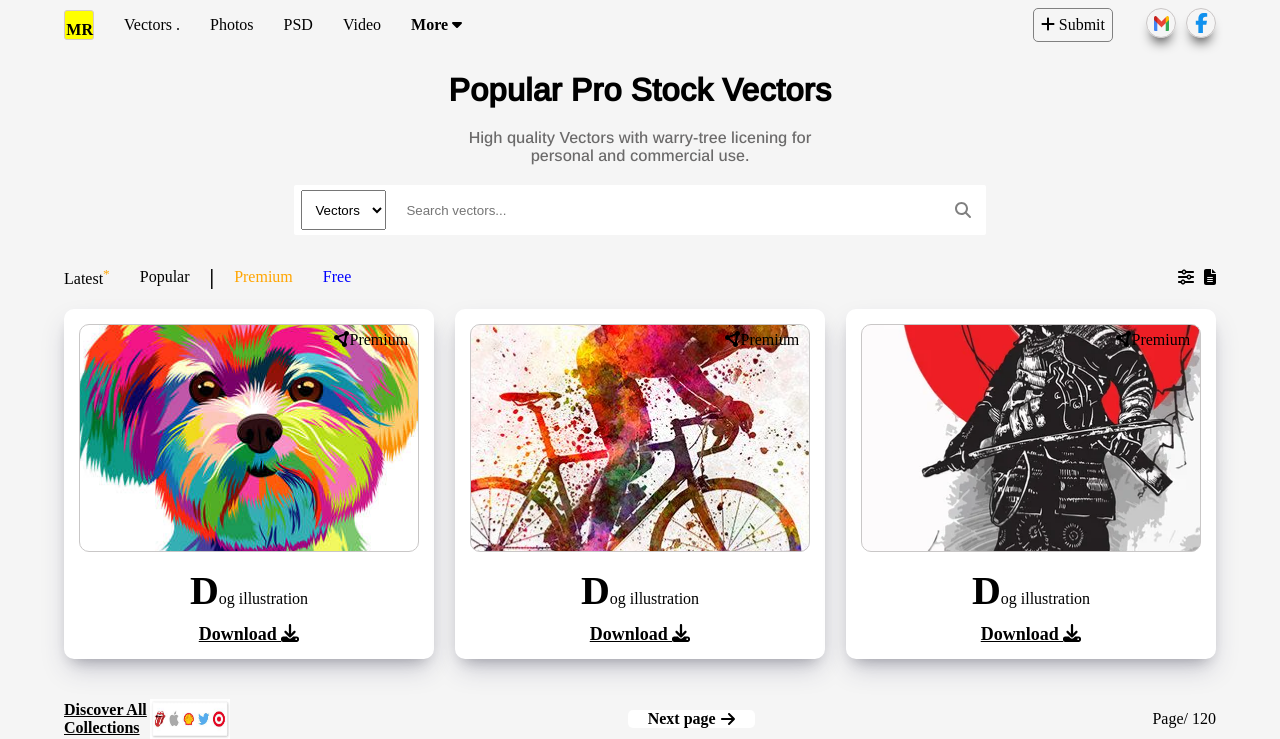
Repository: kegbaDev/VectorTemplate
Page: /
The author's editor kept a copy of each file at every save. The page is drawn from the files as they stood at one save, then again after a run of saves.
The browser window is 1280 px wide. The pictures show the whole page.
The project was rebuilt for these pictures with package versions that can differ from the ones it lists, and the page was loaded fresh each time. Also part of the build but not shown: vite.config.js.

Above is the page before, as saved 2023-04-14 01:38:23.

### index.html
<!DOCTYPE html>
<html lang="en">
  <head>
    <meta charset="UTF-8" />
    <link rel="icon" href="/favicon.ico" />
    <meta name="viewport" content="width=device-width, initial-scale=1.0" />
    <title>Vite App</title>
  </head>
  <body style="background-color: rgb(245, 245, 245)">
    <div id="app"></div>
    <script type="module" src="/src/main.js"></script>
  </body>
</html>

### src/main.js
import { createApp } from 'vue'
import App from './App.vue'

// fontawesome importation
import '@fortawesome/fontawesome-free/css/all.css'
import '@fortawesome/fontawesome-free/js/all.js'

createApp(App).mount('#app')

### src/App.vue
<template>
<div class="wrapper">
  <div class="navbar">
    <div class="left bounce">
      <div class="logo">MR</div>
      <ul>
        <li>
          Vectors
          .
        </li>
        <li>Photos</li>
        <li>PSD</li>
        <li>Video</li>
        <li><span class="more" >More</span><i class="fa-solid fa-caret-down"></i></li>
      </ul>
    </div>
    <div class="right">
      <div class="submit">
        <i class="fa-solid fa-plus"></i>
        Submit
      </div>
      <div class="logo_collection">
        <div class="logo_card">
          <img src="./assets/gmail-logo-16.png" alt="google-icon" width="15px" height="15px">
        </div>
        <div class="logo_card">
          <i class="fa-brands fa-facebook-f" style="color: #1191ee; width: 25px;height: 20px;"></i>
        </div>
      </div>
    </div>
  </div>


  <!-- Second component -->


  <div class="text_section">
    <h1 class="title slideInUp">Popular Pro Stock Vectors</h1>
    <p class="paragraph slideInUp">
      High quality Vectors with warry-tree licening for <br>
      personal and commercial use.
    </p>
    <div class="input_card slideInRight">
      <select name="" id="">
        <option value="value1">Vectors</option>
        <option value="value2">Vectors</option>
      </select>
      <input type="text" placeholder="Search vectors... ">
      <i class="fa-solid fa-magnifying-glass" style="color: grey; margin-right: 15px;"></i>
    </div>
  </div>

  <!-- Third component -->

  <div class="row">
    <div class="left-row">
      <ul>
        <li>Latest<sup style="color:orange">*</sup></li>
        <li>Popular</li>
      </ul>
      <span class="pipe">
        |
      </span>
      <ul>
        <li style="color:orange">Premium</li>
        <li style="color:blue">Free</li>
      </ul>
    </div>
    <div class="right-row">
      <i class="fa-solid fa-sliders"></i>
      <i class="fa-solid fa-file-lines"></i>
    </div>
  </div>

  <!-- Fourth component  -->

  <div class="card_content slideInUp">
    <div class="main_card">
      <div class="image_and_text_space">
        <i class="fa-solid fa-circle-nodes"></i>Premium
      </div>
      <p style="margin-bottom: 10px;"><span style="text-transform: uppercase; font-weight: bolder; font-size: 40px;">D</span>og illustration</p>
      <p class="download">Download <i class="fa-solid fa-download"></i></p>
    </div>
    <div class="main_card">
      <div class="image_and_text_space2">
        <i class="fa-solid fa-circle-nodes"></i>Premium
      </div>
      <p style="margin-bottom: 10px;"><span style="text-transform: uppercase; font-weight: bolder; font-size: 40px;">D</span>og illustration</p>
      <p class="download">Download <i class="fa-solid fa-download"></i></p>
    </div>
    <div class="main_card">
      <div class="image_and_text_space3">
        <!-- <img src="./assets/154416(1).svg" width="209px" height="300px" alt=""> -->
        <i class="fa-solid fa-circle-nodes"></i>Premium
      </div>
      <p style="margin-bottom: 10px;"><span style="text-transform: uppercase; font-weight: bolder; font-size: 40px;">D</span>og illustration</p>
      <p class="download">Download <i class="fa-solid fa-download"></i></p>
    </div>
    <!-- <div class="main_card">
      <div class="image_and_text_space">
        Premium
      </div>
      <p>Dog illustration</p>
      <p class="download">Download<i class="fa-solid fa-download"></i></p>
    </div>
    <div class="main_card">
      <div class="image_and_text_space">
        Premium
      </div>
      <p>Dog illustration</p>
      <p class="download">Download<i class="fa-solid fa-download"></i></p>
    </div> -->
  </div>

  <!-- Last component -->
  <div class="last_row">
    <div class="start">
      <div class="part">
        Discover All <br>
        Collections
      </div>
      <img src="./assets/imagesfinal.jpg" alt="" style="width: 80px; height: 40px;">
    </div>
    <div class="between">
      Next page <i class="fa-solid fa-arrow-right"></i>
    </div>
    <div class="end">
      Page/ 120
    </div>
  </div>
</div>




</template>

<script setup>

</script>


<style scoped>
@import url('https://fonts.googleapis.com/css2?family=Arimo:wght@500&display=swap');
.wrapper{
  height: 100vh;
  width: 90vw;
  margin:auto;
}
*{
  padding: 0px;
  margin: 0px;
  box-sizing: border-box;
  /* font-family: 'Arimo', sans-serif; */
}
.left{
  display: flex;
  align-items: center;
}

ul{
  list-style: none;
  display: flex;
  gap: 30px;
  margin-left: 30px;
}
ul li{
  cursor: pointer;
}
.more{
  font-weight: bolder;
  padding-right: 4px;
}
.logo{
  width: 30px;
  height: 30px;
  border: 1px solid rgb(214, 201, 201);
  background-color: yellow;
  font-weight: bolder;
  display: flex;
  justify-content: end;
  align-items: end;
  border-radius: 3px;
  cursor: pointer;
}
.navbar{
  display: flex;
  justify-content: space-between;
}
.right{
  display: flex;
  gap: 3px;
}
.submit{
  border: 1px solid gray;
  padding: 7px;
  margin-right: 30px;
  border-radius: 5px;
  background-color: rgba(234, 233, 233, 0.03);
  cursor: pointer;
  transition: all 400ms ease-in-out;
}
.submit:hover{
  background-color: yellow;
  /* font-weight: bolder; */
  scale: 1.1;
}
.logo_collection{
  display: flex;
  gap: 10px;
}
.logo_card{
  width: 30px;
  height: 30px;
  border: 1px solid black;
  display: flex;
  align-items: center;
  justify-content: center;
  border-radius: 50%;
  border-color: rgb(202, 198, 198);
  -webkit-box-shadow: 0px 10px 13px -7px #000000, -2px -2px 15px 6px rgba(26,17,18,0);
  box-shadow: 0px 10px 13px -7px #000000, -2px -2px 15px 6px rgba(26,17,18,0);
  cursor: pointer;transition: all 300ms ease-in-out;

}
.logo_card:hover{
  -webkit-box-shadow: 0px 10px 13px -7px #000000, -2px -2px 15px 6px rgba(26,17,18,0);
  box-shadow: 0px 10px 13px -7px #000000, -2px -2px 15px 6px rgba(26,17,18,0);
  scale: 1.2;

}

/* Second composant */

.text_section{
  margin: 30px auto;
  text-align: center;
}
.title{
  font-family: 'Arimo', sans-serif;
  margin-bottom: 20px;
}
.paragraph{
  font-family: 'Arimo', sans-serif;
  margin-bottom: 20px;
  color: rgb(107, 106, 106);
}
.input_card{
  width: 60%;
  height: 50px;
  background-color: white;
  margin: auto;
  display: flex;
  align-items: center;
  border-radius: 2px;
}
input{
  width: 100%;
  padding-left: 20px;
  border: none;
}
input, select{
  height: 40px;
}
select{
  padding: 9px;
  margin-left: 7px;
}

/* Third component */
.row{
  display: flex;
  justify-content: space-between;
  margin-bottom: 20px;
}
.left-row ul{
  margin: 0px;
  padding: 0px;
  display: flex;
  align-items: center;
}
.left-row, .right-row{
  display: flex;
  align-items: center;
}
.pipe{
  margin: 0px 20px;
}

.pipe{
  font-weight: bolder;
  font-size: 1.3em;
}
.right-row{
  gap: 10px;
}

/* Fourth component */

.card_content{
  display: flex;
  justify-content: space-between;
}
.main_card{
  min-width: 370px;
  min-height: 350px;
  /* border: 1px solid black; */
  border-radius: 10px;
  background-color: white;
  box-shadow: rgba(50, 50, 93, 0.25) 0px 13px 27px -5px, rgba(0, 0, 0, 0.3) 0px 8px 16px -8px;
  padding-bottom: 25px;
  cursor: pointer;
  transition: all 400ms ease-in-out;
}
.main_card:hover{
  scale: 1.02;
}
.main_card p{
  text-align: center;
}
.download{
  font-weight: bolder;
  text-decoration: underline;
  font-size: large;
}
.image_and_text_space{
  padding-top: 6px;
  padding-right: 10px;
  text-align: end;
  height: 70%;
  width: 92%;
  border: 1px solid rgb(201, 199, 199);
  border-radius: 10px;
  margin: 15px auto;
  background-image: url(./assets/chien_color.jpg);
  background-repeat: no-repeat;
  background-position: center;
}
.image_and_text_space2{
  background-image: url(./assets/velo.jpg) !important;
  padding-top: 6px;
  padding-right: 10px;
  text-align: end;
  height: 70%;
  width: 92%;
  border: 1px solid rgb(201, 199, 199);
  border-radius: 10px;
  margin: 15px auto;
  background-repeat: no-repeat;
  background-position: center;
}
.image_and_text_space3{
  background-image: url(./assets/sa.webp) !important;
  padding-top: 6px;
  padding-right: 10px;
  text-align: end;
  height: 70%;
  width: 92%;
  border: 1px solid rgb(201, 199, 199);
  border-radius: 10px;
  margin: 15px auto;
  background-repeat: no-repeat;
  /* object-fit: contain; */
  background-position: center;
}

/* Animation */

.bounce {
  -webkit-animation-name: bounce;
  animation-name: bounce;
  -webkit-transform-origin: center bottom;
  -ms-transform-origin: center bottom;
  transform-origin: center bottom;
  -webkit-animation-duration: 1s;
  animation-duration: 1s;
  -webkit-animation-fill-mode: both;
  animation-fill-mode: both;
  }
  @-webkit-keyframes bounce {
  0%, 20%, 53%, 80%, 100% {
  -webkit-transition-timing-function: cubic-bezier(0.215, 0.610, 0.355, 1.000);
  transition-timing-function: cubic-bezier(0.215, 0.610, 0.355, 1.000);
  -webkit-transform: translate3d(0,0,0);
  transform: translate3d(0,0,0);
  }
  40%, 43% {
  -webkit-transition-timing-function: cubic-bezier(0.755, 0.050, 0.855, 0.060);
  transition-timing-function: cubic-bezier(0.755, 0.050, 0.855, 0.060);
  -webkit-transform: translate3d(0, -30px, 0);
  transform: translate3d(0, -30px, 0);
  }
  70% {
  -webkit-transition-timing-function: cubic-bezier(0.755, 0.050, 0.855, 0.060);
  transition-timing-function: cubic-bezier(0.755, 0.050, 0.855, 0.060);
  -webkit-transform: translate3d(0, -15px, 0);
  transform: translate3d(0, -15px, 0);
  }
  90% {
  -webkit-transform: translate3d(0,-4px,0);
  transform: translate3d(0,-4px,0);
  }
  }

  @keyframes bounce {
  0%, 20%, 53%, 80%, 100% {
  -webkit-transition-timing-function: cubic-bezier(0.215, 0.610, 0.355, 1.000);
  transition-timing-function: cubic-bezier(0.215, 0.610, 0.355, 1.000);
  -webkit-transform: translate3d(0,0,0);
  transform: translate3d(0,0,0);
  }
  40%, 43% {
  -webkit-transition-timing-function: cubic-bezier(0.755, 0.050, 0.855, 0.060);
  transition-timing-function: cubic-bezier(0.755, 0.050, 0.855, 0.060);
  -webkit-transform: translate3d(0, -30px, 0);
  transform: translate3d(0, -30px, 0);
  }
  70% {
  -webkit-transition-timing-function: cubic-bezier(0.755, 0.050, 0.855, 0.060);
  transition-timing-function: cubic-bezier(0.755, 0.050, 0.855, 0.060);
  -webkit-transform: translate3d(0, -15px, 0);
  transform: translate3d(0, -15px, 0);
  }
  90% { -webkit-transform: translate3d(0,-4px,0); transform: translate3d(0,-4px,0);
  }
}
.slideInUp {
  -webkit-animation-name: slideInUp;
  animation-name: slideInUp;
  -webkit-animation-duration: 1s;
  animation-duration: 1s;
  -webkit-animation-fill-mode: both;
  animation-fill-mode: both;
  }
  @-webkit-keyframes slideInUp {
  0% {
  -webkit-transform: translateY(100%);
  transform: translateY(100%);
  visibility: visible;
  }
  100% {
  -webkit-transform: translateY(0);
  transform: translateY(0);
  }
  }
  @keyframes slideInUp {
  0% {
  -webkit-transform: translateY(100%);
  transform: translateY(100%);
  visibility: visible;
  }
  100% {
  -webkit-transform: translateY(0);
  transform: translateY(0);
  }
}

.slideInRight {
  -webkit-animation-name: slideInRight;
  animation-name: slideInRight;
  -webkit-animation-duration: 1s;
  animation-duration: 1s;
  -webkit-animation-fill-mode: both;
  animation-fill-mode: both;
  }
  @-webkit-keyframes slideInRight {
  0% {
  -webkit-transform: translateX(100%);
  transform: translateX(100%);
  visibility: visible;
  }
  100% {
  -webkit-transform: translateX(0);
  transform: translateX(0);
  }
  }
  @keyframes slideInRight {
  0% {
  -webkit-transform: translateX(100%);
  transform: translateX(100%);
  visibility: visible;
  }
  100% {
  -webkit-transform: translateX(0);
  transform: translateX(0);
  }
  }

.slideInUp {
  -webkit-animation-name: slideInUp;
  animation-name: slideInUp;
  -webkit-animation-duration: 1s;
  animation-duration: 1s;
  -webkit-animation-fill-mode: both;
  animation-fill-mode: both;
  }
  @-webkit-keyframes slideInUp {
  0% {
  -webkit-transform: translateY(100%);
  transform: translateY(100%);
  visibility: visible;
  }
  100% {
  -webkit-transform: translateY(0);
  transform: translateY(0);
  }
  }
  @keyframes slideInUp {
  0% {
  -webkit-transform: translateY(100%);
  transform: translateY(100%);
  visibility: visible;
  }
  100% {
  -webkit-transform: translateY(0);
  transform: translateY(0);
  }
}

/* Animation */

/* last component */

.last_row{
  margin-top: 40px;
  margin-bottom: 40px;
  display: flex;
  justify-content: space-between;
  align-items: center;
}
.between{
  font-weight: bolder;
  padding: 0px 20px;
  background-color: white;
  border-radius: 5px;
  display: flex;
  justify-content: center;
  align-items: center;
  gap: 5px;
}
.start{
  display: flex;
  align-items: center;
  gap: 3px;
  text-decoration: underline;
  font-weight: bold;
}
</style>

After the next 5 saves:
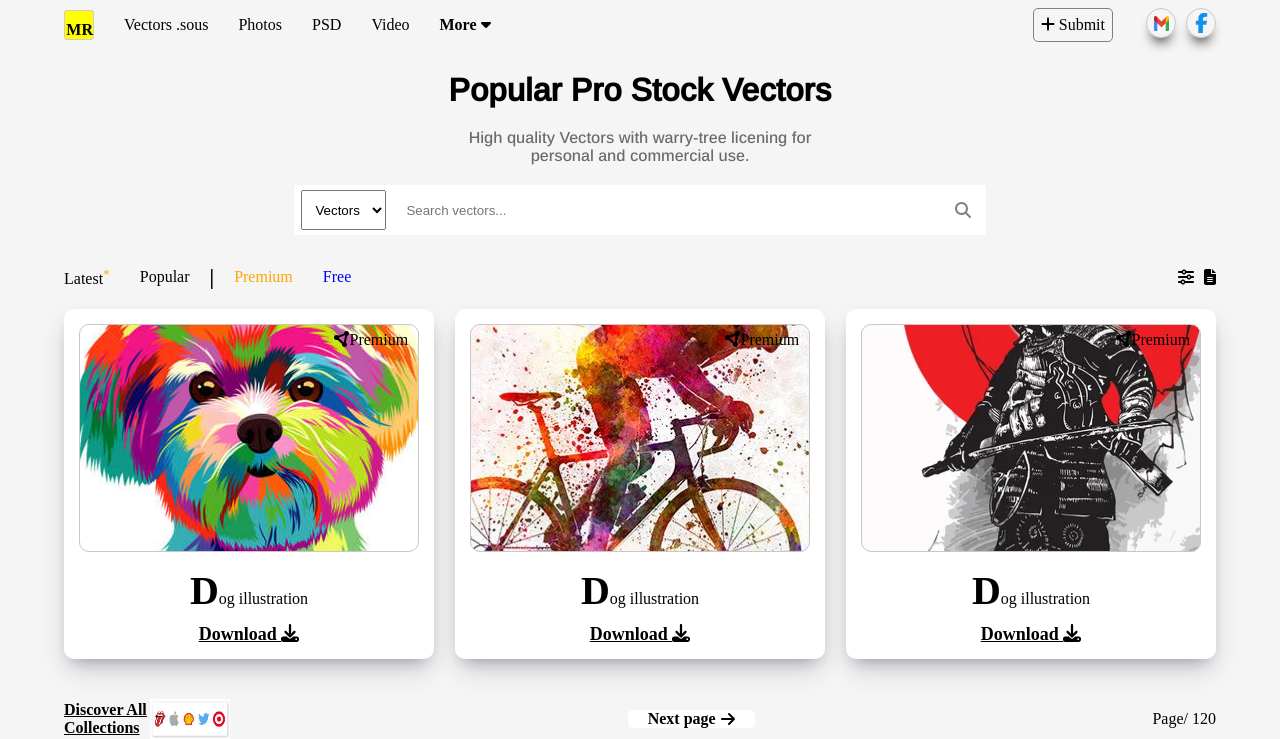
The 5 saves are shown as one change because they came seconds apart.
The last was saved 12 s later.
--- a/src/App.vue
+++ b/src/App.vue
@@ -6,7 +6,7 @@
       <ul>
         <li>
           Vectors
-          .
+          .sous
         </li>
         <li>Photos</li>
         <li>PSD</li>
